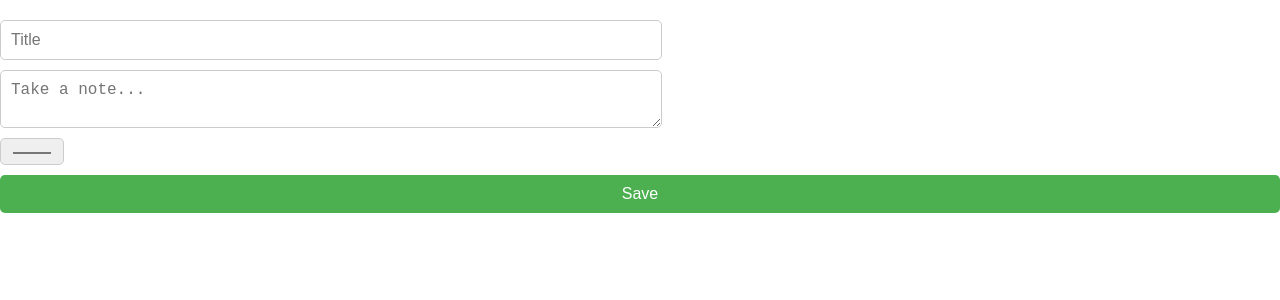
Repository: drumsmanku/google-keep-clone-1
Page: /
The author's editor kept a copy of each file at every save. The page is drawn from the files as they stood at one save, then again after the next save.
The browser window is 1280 px wide. The pictures show the whole page.
The project was rebuilt for these pictures with package versions that can differ from the ones it lists, and the page was loaded fresh each time. Also part of the build but not shown: src/Components/Note.css, src/Components/Note.js, src/App.css.

Above is the page before, as saved 2023-12-22 22:20:02.

After the next save:
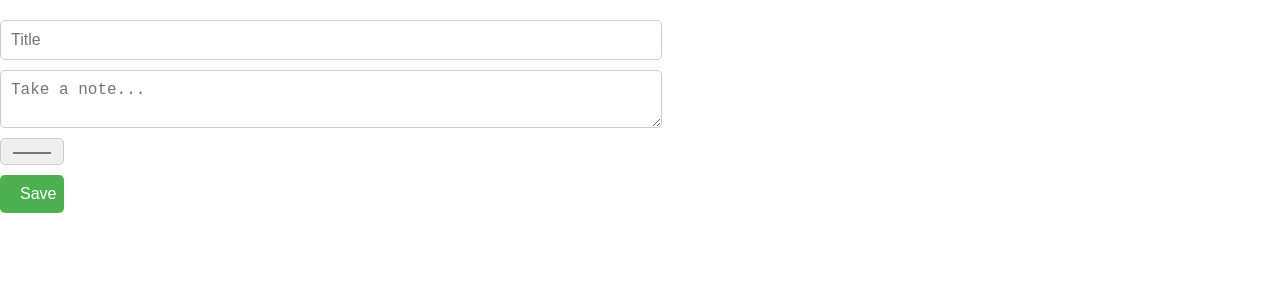
Saved 21 s later.
--- a/src/Components/NoteForm.css
+++ b/src/Components/NoteForm.css
@@ -24,6 +24,7 @@
 }
 
 .note-form button {
+  width: 5%;
   padding: 10px 20px;
   font-size: 16px;
   border: none;
